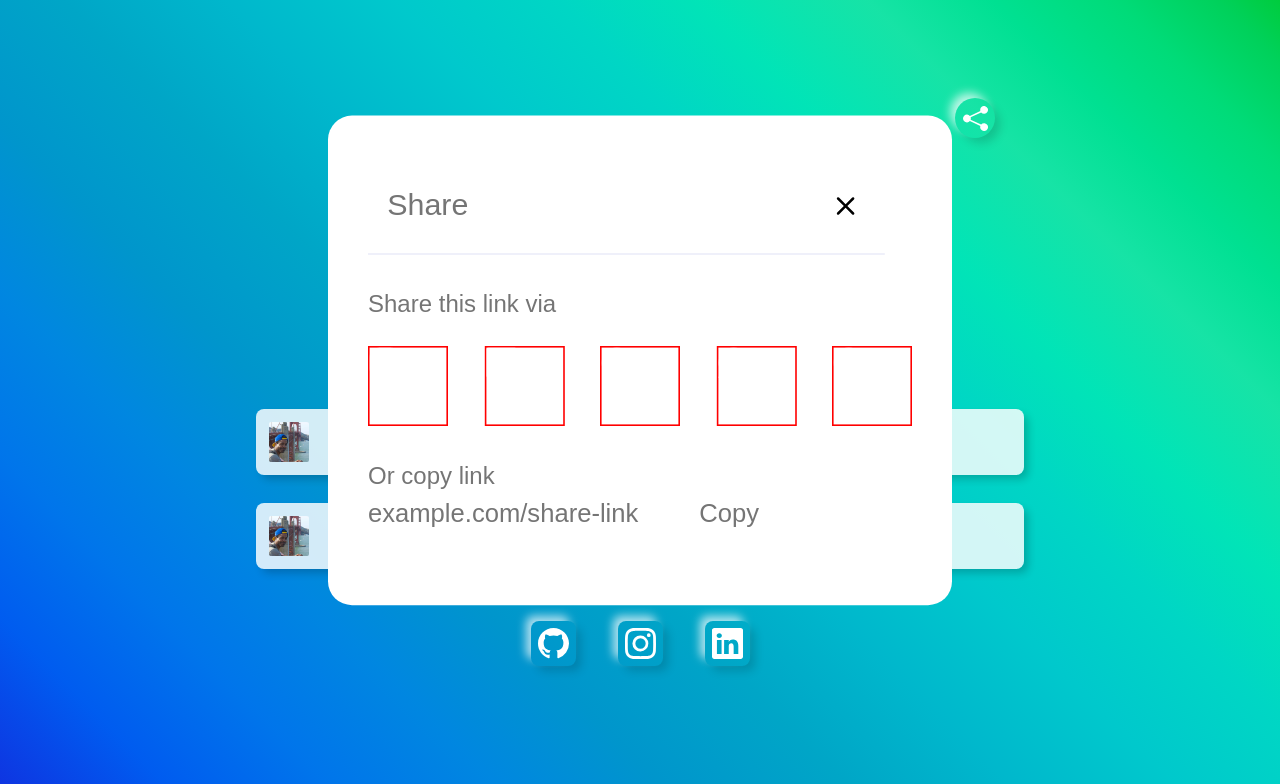
Repository: MateLaDBrouille97/linktree
Page: /
An editor plug-in stored every save of this project. The page is shown before and after the next save, followed by the edit.
The browser window is 1280 px wide. The pictures show the whole page.
The project was rebuilt for these pictures with package versions that can differ from the ones it lists, and the page was loaded fresh each time. The framework's server and built-in components were replaced by stand-ins that run in the browser. Also part of the build but not shown: next.config.js, styles/Home.module.css, styles/scrollup.css.

Above is the page before, as saved 2023-01-23 21:55:55.

### app/layout.tsx
"use client";

import '@/styles/globals.css'
import '../styles/Home.module.css';
import '../styles/scrollup.css';
import '../styles/home.css';
import '../styles/socials.css';
import '../styles/share.css';
import ScrollDow from '../components/ScrollDow';
import ScrollUp from '../components/scrollup/ScrollUp'

export default function RootLayout({
    children,
  }: {
    children: React.ReactNode;
  }) {
    return (
      <html lang="en">
        <body>{children}</body>
        {/* <ScrollDow/> */}
        {/* <ScrollUp/> */}
      </html>
    );
  }

### app/page.tsx
"use client";

import Image from "next/image";
import data from "data.json";
import image from "../public/ManuelTL2.jpg";
import image1 from "../public/ManuelTL2.jpg";
import { useEffect, useState } from "react";
import Socials from "../components/Socials";
import Share from "@/components/Share";

function LinkCard({
  href,
  title,
  image,
}: {
  href: string;
  title: string;
  image?: string;
}) {
  return (
    <a
      href={href}
      className="flex items-center p-3 w-full rounded-lg hover:scale-105 transition-all bg-gray-100 mb-3 -mt-2 max-w-3xl home__linkcard-box"
    >
      <div className="flex text-center w-full home__linkcard-card">
        <div className="w-10 h-10 home__linkcard-img">
          {image1 && (
            <Image
              className="rounded-sm"
              alt={data.name}
              src={image1}
              width={40}
              height={40}
            />
          )}
        </div>
        <h2 className="flex justify-center items-center font-semibold w-full text-gray-700 -ml-10 home__linkcard-title">
          {title}
        </h2>
      </div>
    </a>
  );
}

export default function Home() {
  /*==================== Toggle Menu ====================== */
  const [toggle, showMenu] = useState(false);
  const [activeNav, setActiveNav] = useState("#home");

  /* +++++++++++++++++++++++++++++++++++++++++++++++++ */
  // const { dbUser, image } = useUserContext();

  // const breakpoints = (width) => {
  //   if (width < 640) {
  //     return "xs";
  //   } else if (width >= 640 && width < 768) {
  //     return "sm";
  //   } else if (width >= 768 && width < 1024) {
  //     return "md";
  //   } else if (width >= 1024) {
  //     return "lg";
  //   }
  // };

  // const [breakpoint, setBreakpoint] = useState(() =>
  //   breakpoints(typeof window !== "undefined" && window.innerWidth)
  // );

  useEffect(() => {
    if (toggle) {
      // const calcInnerWidth = function () {
      //   setBreakpoint(breakpoints(window.innerWidth));
      // };
      // window.addEventListener("resize", calcInnerWidth);
      window.addEventListener("scroll", function () {
        const header = this.document.querySelector(".header");
        //scroll higher than 200 viewport height
        //add scroll header class to a tag with the scroll-top
        if (this.scrollY >= 80) header?.classList.add("scroll-header");
        else header?.classList.remove("scroll-header");
      });
    }
  }, []);

  useEffect(() => {
    showMenu(true);
  }, []);

  return (
    <div className="flex items-center flex-col mx-auto w-full justify-center mt-16 px-8 ">
      <Share/>
      <a
        href="#home"
        onClick={() => setActiveNav("#home")}
        // className={
        //   activeNav === "#home" ? "nav__logo active-link" : "nav__logo"
        // }
      >
        <Image
          className="rounded-full"
          alt={data.name}
          src={image}
          width={96}
          height={96}
        />
      </a>

      <h1 className="font-semibold mt-4 mb-8 text-xl" style={{color:"white"}}>{data.name}</h1>
      <h3 className="home__description" style={{color:"white"}}>{data.small_description}</h3>

      <div className="grid place-items-center w-full mt-2">
        {data.links.map((link) => (
          <LinkCard key={link.href} {...link} />
        ))}
      </div>

      <div className="gap-3 items-center flex mt-10">
        {data?.socials?.map((social) => {
         return(

          <Socials title={social?.title} key={social?.href} />
          )
        })}
      </div>
    </div>
  );
}

### styles/globals.css
@tailwind base;
@tailwind components;
@tailwind utilities;

body{
  height:100vh;
  background-image: linear-gradient(
  45deg,
  hsl(229deg 88% 47%) 0%,
  hsl(217deg 100% 47%) 8%,
  hsl(210deg 100% 46%) 16%,
  hsl(204deg 100% 44%) 24%,
  hsl(196deg 100% 40%) 32%,
  hsl(190deg 100% 39%) 41%,
  hsl(186deg 100% 40%) 49%,
  hsl(181deg 100% 40%) 57%,
  hsl(175deg 100% 42%) 65%,
  hsl(168deg 99% 45%) 72%,
  hsl(162deg 82% 49%) 80%,
  hsl(159deg 100% 44%) 86%,
  hsl(153deg 100% 43%) 92%,
  hsl(146deg 100% 41%) 97%,
  hsl(138deg 100% 40%) 100%
);
}

@import  url('https://api.iconify.design/material-symbols/arrow-upward.svg');

/*=============== GOOGLE FONTS ===============*/
@import url("https://fonts.googleapis.com/css2?family=Poppins:wght@400;500;600&display=swap");

/*=================== NEXT.JS ================*/

html,
body {
  padding: 0;
  margin: 0;
  font-family: -apple-system, BlinkMacSystemFont, Segoe UI, Roboto, Oxygen,
    Ubuntu, Cantarell, Fira Sans, Droid Sans, Helvetica Neue, sans-serif;
}

h1 {
  font-size: 1.75rem;
}




/*=============== VARIABLES CSS ===============*/
:root {
  --header-height: 3rem;

  /*========== Colors ==========*/
  /*Color mode HSL(hue, saturation, lightness)*/
  --hue: 0;
  --sat: 0%;
  --title-color: hsl(var(--hue), var(--sat), 20%);
  --title-color-dark: hsl(var(--hue), var(--sat), 0%);
  --text-color: hsl(var(--hue), var(--sat), 46%);
  --body-color: hsl(var(--hue), var(--sat), 98%);
  --container-color: #fff;

  /*========== Font and typography ==========*/
  --body-font: "Poppins", sans-serif;

  /*.5rem = 8px | 1rem = 16px ...*/
  --big-font-size: 3.5rem;
  --h1-font-size: 2.75rem;
  --h2-font-size: 1.5rem;
  --h3-font-size: 1.25rem;
  --normal-font-size: 1rem;
  --small-font-size: 0.875rem;
  --smaller-font-size: 0.813rem;
  --tiny-font-size: 0.625rem;

  /*========== Font weight ==========*/
  --font-normal: 400;
  --font-medium: 500;
  --font-semi-bold: 600;

  /*========== Margenes Bottom ==========*/
  /*.5rem = 8px | 1rem = 16px ...*/
  --mb-0-25: 0.25rem;
  --mb-0-5: 0.5rem;
  --mb-0-75: 0.75rem;
  --mb-1: 1rem;
  --mb-1-5: 1.5rem;
  --mb-2: 2rem;
  --mb-2-5: 2.5rem;
  --mb-3: 3rem;

  /*========== z index ==========*/
  --z-tooltip: 10;
  --z-fixed: 100;
  --z-modal: 1000;
}

/* Responsive typography */
@media screen and (max-width: 992px) {
  :root {
    --big-font-size: 2.75rem;
    --h1-font-size: 1.5rem;
    --h2-font-size: 1.25rem;
    --h3-font-size: 1rem;
    --normal-font-size: 0.938rem;
    --small-font-size: 0.813rem;
    --smaller-font-size: 0.75rem;
  }
}

/*=============== BASE ===============*/
* {
  margin: 0;
  padding: 0;
  box-sizing: border-box;
}

html {
  scroll-behavior: smooth;
}

body,
button,
input,
textarea {
  font-family: var(--body-font);
  font-size: var(--normal-font-size);
}

body {
  background-color: var(--body-color);
  color: var(--text-color);
}

h1,
h2,
h3 {
  color: var(--title-color);
  font-weight: var(--font-semi-bold);
}

ul {
  list-style: none;
}

a {
  text-decoration: none;
}

button {
  cursor: pointer;
  border: none;
  outline: none;
}

img {
  max-width: 100%;
  height: auto;
}

/*=============== REUSABLE CSS CLASSES ===============*/
.section {
  padding: 6rem 0 2rem;
}

.section__title {
  font-size: var(--h1-font-size);
  color: var(--title-color);
}

.section__subtitle {
  display: block;
  font-size: var(--normal-font-size);
  margin-bottom: 4rem;
}

.section__title,
.section__subtitle {
  text-align: center;
}

/*=============== LAYOUT ===============*/
.container {
  max-width: 968px;
  margin-left: auto;
  margin-right: auto;
}

.grid {
  display: grid;
  gap: 1.5rem;
}

/*=============== BUTTONS ===============*/
.button {
  display: inline-block;
  background-color:rgb(100, 189, 140);
  color: var(--container-color);
  padding: 1.25rem 2rem;
  border-radius: 1rem;
  font-weight: var(--font-medium);
}

.button:hover {
  background-color: rgb(81, 209, 138);
  color: var(--container-color);
}

.button__icon {
  margin-left: var(--mb-0-5);
}

.button--flex {
  display: inline-flex;
  align-items: center;

}




/*=============== BREAKPOINTS ===============*/
/* For large devices */
@media screen and (max-width: 992px) {
  .container {
    margin-left: var(--mb-1-5);
    margin-right: var(--mb-1-5);
  }

  .button {
    padding: 1rem 1.75rem;
  }

  .button__icon {
    width: 22px;
    height: 22px;
  }
}

/* For medium devices */
@media screen and (max-width: 768px) {
  body {
    margin: 0 0 var(--header-height) 0;
  }

  .section {
    padding: 2rem 0 4rem;
  }

  .section__subtitle {
    margin-bottom: var(--mb-3);
  }
}

@media screen and (max-width: 576px) {

}

/* For small devices */
@media screen and (max-width: 350px) {
  :root {
    --big-font-size: 2.25rem;
  }

  .container {
    margin-left: var(--mb-1);
    margin-right: var(--mb-1);
  }
}

### styles/home.css
.home__container{
    row-gap: 7rem;
}

.home__content{
    grid-template-columns: 116px repeat(2, 1fr);
    padding-top: 5.5rem;
    column-gap: 2rem;
    align-items: center;
}

.home__social{
    display:grid;
    grid-template-columns: max-content;
    row-gap: 1rem;
}

.home__social-icon{
    font-size:1.25rem;
    color: var(--title-color);
}

.home__social-icon:hover{
    color:rgb(165, 30, 75);
}



.home__social-icon:hover{
    color: var(--title-color-dark);
}

.home__title{
    font-size:var(--h1-font-size);
    margin-bottom:var(--mb-0-25);
}

.home__hand{
    width: 38px;
    height: 38px;
    margin-left: 0.4rem;
}

.home__subtitle{
    position: relative;
    font-size:var(--h3-font-size);
    padding-left: 5.4rem;
    font-weight: var(--font-normal);
    margin-bottom: var(--mb-1);
}

.home__subtitle::before{
    content:'';
    position:absolute;
    width: 70px;
    height:1px;
    background-color:var(--text-color);
    left:0;
    top:1rem;
}

.home__description{
    max-width:400px;
    margin-bottom: var(--mb-3);
    line-height: 1.7;
}

.home__linkcard-box{
    background-color: rgba(255, 255, 255, 0.829);
    border-color: whitesmoke;
    border-width: 3px;
    transition: transform 0.5s;
    box-shadow: 5px 5px 9px -1px rgba(0,0,0,0.2);

    border: 1px solid rgba(0,0,0,0);
    transition: transform 0.5s;
}

.home__linkcard-box:hover{
    box-shadow: 10px 10px 0px -1px rgba(0,0,0,0.15),
                1px 1px 0.5px  rgba(0,0,0,0.15),
                0px -12px 10px -10px  rgba(0,0,0,0.05);
     border: 1px solid   rgba(0,0,0,0.1);
    /* transform:translateY(-2px)  ;    */
}

.home__linkcard-box::after{
    transition: transform 0.5s;
}

.home__linkcard-box:hover::after .home__linkcard-title {
    transition: transform 0.7s;
}

.home__linkcard-box:hover::after .home__linkcard-img {
    transition: transform 0.7s;
}

.home__linkcard-box:hover .home__linkcard-title{
    transform:scale(1.05);
    transition: transform 0.5s;
}

.home__linkcard-box:hover .home__linkcard-img{
    transform:scale(1.15);
    transition: transform 0.5s;
}




.home__img{
/* background: url(../../assets/Mur.jpg); */
background-repeat: no-repeat;
background-position: center;
background-size: cover;
box-shadow: inset 0 0 0 9px rgb(255 255 255/30%);
order: 1;
justify-self: center;
width:375px ;
height: 350px;
animation: profile__animate 8s ease-in-out infinite 1s;
}

@keyframes profile__animate {
    0%{
        border-radius: 60% 40% 30% 70%/60% 30% 70% 40%;
    }

    50%{
        border-radius: 30% 60% 70% 40%/50% 60% 30% 60%;
    }

    100%{
        border-radius: 60% 40% 30% 70%/60% 30% 70% 40%;
    }
}

.home__scroll{
    position:fixed;
    left: 2.5rem;
    bottom: 3rem;
    /* opacity:0.8; */
    padding:0.3rem 0.5rem;
    border-radius:0.4rem;
    z-index: var(--z-tooltip);
    transition: .4s;
}


.wheel {
    animation: scroll 2s ease infinite;
}

@keyframes scroll{
    0% {
        transform: translateY(0);
    }
    30% {
        transform: translateY(3.7rem);
    }

}


.home__scroll-name{
    color: rgba(255, 255, 255, 0.829);
    font-weight: var(--font-medium);
    margin-right: var(--mb-0-25);
    margin-left: 2px;
}

.home__scroll-arrow{
    font-size: 1.25rem;
    color: rgba(255, 255, 255, 0.829);
}


/*=============== BREAKPOINTS ===============*/
/* For large devices */
@media screen and (max-width: 992px) {
    .home__content{
        grid-template-columns: 100px repeat(2, 1fr);
        column-gap: 1.25rem;

    }

    .home__hand{
        width:26px;
        height:26px;
    }

    .home__subtitle{
        padding-left: 3.75rem;
        margin-bottom: var(--mb-1);

    }

    .home__subtitle::before {
        width:42px;
        top:0.8rem;
    }

    .home__description{
        max-width: initial;
        margin-bottom: var(--mb-2-5);
    }

    .home__img{
        width:250px;
        height:250px;
        box-shadow:inset 0 0 0 8px rgb(255 255 255/30%)
    }

    .home__scroll{
        margin-left: 7.5rem;
    }



  }

  /* For medium devices */
  @media screen and (max-width: 768px) {
    .home__content{
        grid-template-columns: 0.5fr 3fr;
        padding-top: 3.5rem;
    }

    .home__img{
        order:initial;/* ordre d'apparition de l'element*/
        justify-self: initial;
        box-shadow: inset 0 0 0 9px rgb(255 255 255/30%);
        width:200px;
        height: 200px;
    }

    .home__data{
        grid-column:1/3;
    }

    .home__scroll{
        display:none;
    }


  }



  /* For small devices */
  @media screen and (max-width: 350px) {


    .home__img{

        width:180px ;
        height: 180px;
    }

    .home__hand{
        width:22px;
        height:22px;
    }


  }

### styles/socials.css
/* .social__link{
    color: var(--container-color);
    font-size: 1.125rem;
    padding: 0.4rem;
    border-radius:1.5rem;
    display: inline-flex;
} */
/*
.social__link:hover{
    background-color:rgba(44, 203, 224, 0.986);
} */

.social__link{
    display:flex;
    /* background-color: var(--container-color); */
    color: var(--container-color);
    height: 45px;
    width: 45px;
    margin: 0 15px;
    border-radius: 8px;
    align-items: center;
    justify-content:center;
    text-decoration: none;
    box-shadow: 6px 6px 10px -1px rgba(0,0,0,0.15),
                -6px -6px 10px -1px rgba(255,255,255,0.7);
    border: 1px solid   rgba(0,0,0,0);
    transition: transform 0.5s;
}

a svg {
    font-size: 38px;
    color: white;
    transition: transform 0.5s;
}


.social__link:hover{
    background-color: rgba(255, 255, 255, 0.829);
    box-shadow: inset 4px 4px 6px -1px rgba(0,0,0,0.2),
                inset -4px -4px 6px -1px rgba(255,255,255,0.7),
                -0.5px -0.5px 0px  rgba(255,255,255,1),
                0.5px 0.5px 0px  rgba(0,0,0,0.15),
                0px -12px 10px -10px  rgba(0,0,0,0.05);
    border: 1px solid   rgba(0,0,0,0.1);
    transform:translateY(2px)  ;
}


a:hover svg{
    transform: scale(1.10);
    fill: black;
    transition: transform 0.5s;
}

a:hover .bi-linkedin{
    fill:rgb(18, 83, 203) ;
    transform:scale(1.10);
    transition: transform 0.5s;
}

a:hover .bi-instagram{
    fill:#e64771;
    transform:scale(1.10);
    transition: transform 0.5s;
}


/*=============== BREAKPOINTS ===============*/
/* For large devices */
@media screen and (max-width: 992px) {


    .social__link:hover{

        box-shadow: inset 4px 4px 6px -1px rgba(0,0,0,0.2),
                    inset -4px -4px 6px -1px rgba(255,255,255,0.7),
                    -0.5px -0.5px 0px  rgba(255,255,255,1),
                    0.5px 0.5px 0px  rgba(0,0,0,0.15),
                    0px -12px 10px -10px  rgba(0,0,0,0.05);
        border: 1px solid   rgba(0,0,0,0.1);
        transform:translateY(2px)  ;
    }




  }

  /* For medium devices */
  @media screen and (max-width: 768px) {




  }



  /* For small devices */
  @media screen and (max-width: 350px) {





  }

### styles/share.css
/*          Share   Items  */

.share-link {
  display: flex;
  /* background-color: var(--container-color); */
  color: var(--container-color);
  height: 45px;
  width: 45px;
  margin: 0 15px;
  border-radius: 22px;
  align-items: center;
  justify-content: center;
  text-decoration: none;
  box-shadow: 6px 6px 10px -1px rgba(0, 0, 0, 0.15),
    -6px -6px 10px -1px rgba(255, 255, 255, 0.7);
  border: 1px solid rgba(0, 0, 0, 0);
  transition: transform 0.5s;
}

.share-link:hover {
  background-color: rgba(255, 255, 255, 0.829);
  box-shadow: inset 4px 4px 6px -1px rgba(0, 0, 0, 0.2),
    inset -4px -4px 6px -1px rgba(255, 255, 255, 0.7),
    -0.5px -0.5px 0px rgba(255, 255, 255, 1),
    0.5px 0.5px 0px rgba(0, 0, 0, 0.15),
    0px -12px 10px -10px rgba(0, 0, 0, 0.05);
  border: 1px solid rgba(0, 0, 0, 0.1);
  transform: translateY(2px);
}

/* .share-link .bi-share-fill{
    fill: white;
} */

.share-link:hover .bi-share-fill {
  fill: black;
  transform: scale(1.1);
  transition: transform 0.5s;
}

header {
  width: 95%;
  max-width: 788px;
  display: flex;
  justify-content: flex-end;
  padding: 12px;
  margin-top: 5px;
}

.share-button {
  width: 40px;
  height: 40px;
  border-radius: 20px;
  color: var(--container-color);
}

ul {
}

.content {
}

.share {
  width: 95%;
  max-width: 788px;
  display: flex;
  justify-content: flex-end;
  padding: 12px;
  margin-top: 5px;
}

.modal-share {
  position: absolute;
  top: 50%;
  left: 50%;
  transform: translate(-50%, -50%) scale(1.6);
  background: var(--container-color);
  padding: 25px;
  border-radius: 15px;
  max-width: 390px;
  width: 80%;
}

.modal-share :is(header, .icons) {
  display: flex;
  align-items: center;
  justify-content: space-between;
}

.modal-share header {
  padding-bottom: 15px;
  border-bottom: 1px solid #ebedf9;
}

header .close .icons a {
  display: flex;
  align-items: center;
  justify-content: center;
  border-radius: 50%;
}

header .close {
  height: 33px;
  width: 33px;
  background: var(--container-color);

  cursor: pointer;
}

.modal-title {
  font-size: 19px;
  font-weight: 500;
}

.modal-share .content {
  margin: 20px 0;
}

.content p {
  font-size: 15px;
}

.content .icons {
  margin: 15px 0 20px 0;
}

.icons a {
  height: 50px;
  width: 50px;
  border: 1px solid red;
}

### components/Socials.tsx
function GitHubIcon() {
  return (
    <a href="https://github.com/LuckyMate97" className="social__link">
      <svg xmlns="http://www.w3.org/2000/svg" width="31" height="31" fill="white" className="bi bi-github" viewBox="0 0 16 16"> <path d="M8 0C3.58 0 0 3.58 0 8c0 3.54 2.29 6.53 5.47 7.59.4.07.55-.17.55-.38 0-.19-.01-.82-.01-1.49-2.01.37-2.53-.49-2.69-.94-.09-.23-.48-.94-.82-1.13-.28-.15-.68-.52-.01-.53.63-.01 1.08.58 1.23.82.72 1.21 1.87.87 2.33.66.07-.52.28-.87.51-1.07-1.78-.2-3.64-.89-3.64-3.95 0-.87.31-1.59.82-2.15-.08-.2-.36-1.02.08-2.12 0 0 .67-.21 2.2.82.64-.18 1.32-.27 2-.27.68 0 1.36.09 2 .27 1.53-1.04 2.2-.82 2.2-.82.44 1.1.16 1.92.08 2.12.51.56.82 1.27.82 2.15 0 3.07-1.87 3.75-3.65 3.95.29.25.54.73.54 1.48 0 1.07-.01 1.93-.01 2.2 0 .21.15.46.55.38A8.012 8.012 0 0 0 16 8c0-4.42-3.58-8-8-8z"/> </svg>
    </a>
  );
}

function InstagramIcon() {
  return (
    <a href="https://www.instagram.com/oto.mata33/" className="social__link">
      <svg xmlns="http://www.w3.org/2000/svg" width="31" height="31" fill="white" className="bi bi-instagram" viewBox="0 0 16 16"> <path d="M8 0C5.829 0 5.556.01 4.703.048 3.85.088 3.269.222 2.76.42a3.917 3.917 0 0 0-1.417.923A3.927 3.927 0 0 0 .42 2.76C.222 3.268.087 3.85.048 4.7.01 5.555 0 5.827 0 8.001c0 2.172.01 2.444.048 3.297.04.852.174 1.433.372 1.942.205.526.478.972.923 1.417.444.445.89.719 1.416.923.51.198 1.09.333 1.942.372C5.555 15.99 5.827 16 8 16s2.444-.01 3.298-.048c.851-.04 1.434-.174 1.943-.372a3.916 3.916 0 0 0 1.416-.923c.445-.445.718-.891.923-1.417.197-.509.332-1.09.372-1.942C15.99 10.445 16 10.173 16 8s-.01-2.445-.048-3.299c-.04-.851-.175-1.433-.372-1.941a3.926 3.926 0 0 0-.923-1.417A3.911 3.911 0 0 0 13.24.42c-.51-.198-1.092-.333-1.943-.372C10.443.01 10.172 0 7.998 0h.003zm-.717 1.442h.718c2.136 0 2.389.007 3.232.046.78.035 1.204.166 1.486.275.373.145.64.319.92.599.28.28.453.546.598.92.11.281.24.705.275 1.485.039.843.047 1.096.047 3.231s-.008 2.389-.047 3.232c-.035.78-.166 1.203-.275 1.485a2.47 2.47 0 0 1-.599.919c-.28.28-.546.453-.92.598-.28.11-.704.24-1.485.276-.843.038-1.096.047-3.232.047s-2.39-.009-3.233-.047c-.78-.036-1.203-.166-1.485-.276a2.478 2.478 0 0 1-.92-.598 2.48 2.48 0 0 1-.6-.92c-.109-.281-.24-.705-.275-1.485-.038-.843-.046-1.096-.046-3.233 0-2.136.008-2.388.046-3.231.036-.78.166-1.204.276-1.486.145-.373.319-.64.599-.92.28-.28.546-.453.92-.598.282-.11.705-.24 1.485-.276.738-.034 1.024-.044 2.515-.045v.002zm4.988 1.328a.96.96 0 1 0 0 1.92.96.96 0 0 0 0-1.92zm-4.27 1.122a4.109 4.109 0 1 0 0 8.217 4.109 4.109 0 0 0 0-8.217zm0 1.441a2.667 2.667 0 1 1 0 5.334 2.667 2.667 0 0 1 0-5.334z"/> </svg>
    </a>
  );
}

function LinkedInIcon() {
  return (
    <a href="https://ca.linkedin.com/" className="social__link">
      <svg xmlns="http://www.w3.org/2000/svg" width="31" height="31" fill="white" className="bi bi-linkedin" viewBox="0 0 16 16"> <path d="M0 1.146C0 .513.526 0 1.175 0h13.65C15.474 0 16 .513 16 1.146v13.708c0 .633-.526 1.146-1.175 1.146H1.175C.526 16 0 15.487 0 14.854V1.146zm4.943 12.248V6.169H2.542v7.225h2.401zm-1.2-8.212c.837 0 1.358-.554 1.358-1.248-.015-.709-.52-1.248-1.342-1.248-.822 0-1.359.54-1.359 1.248 0 .694.521 1.248 1.327 1.248h.016zm4.908 8.212V9.359c0-.216.016-.432.08-.586.173-.431.568-.878 1.232-.878.869 0 1.216.662 1.216 1.634v3.865h2.401V9.25c0-2.22-1.184-3.252-2.764-3.252-1.274 0-1.845.7-2.165 1.193v.025h-.016a5.54 5.54 0 0 1 .016-.025V6.169h-2.4c.03.678 0 7.225 0 7.225h2.4z"/> </svg>
    </a>
  );
}

function Socials({ title }:{title?:string;}) {
  if (title == "Instagram") {
    return <InstagramIcon  />;
  }
  if (title == "Github") {
    return <GitHubIcon  />;
  }
  if (title == "LinkedIn") {
    return <LinkedInIcon  />;
  }
}

export default Socials;

Loaded but not shown: data.json (35 lines, source omitted); tailwind.config.js (13 lines, source omitted); components/Share.tsx (116 lines, source omitted)

After the next save:
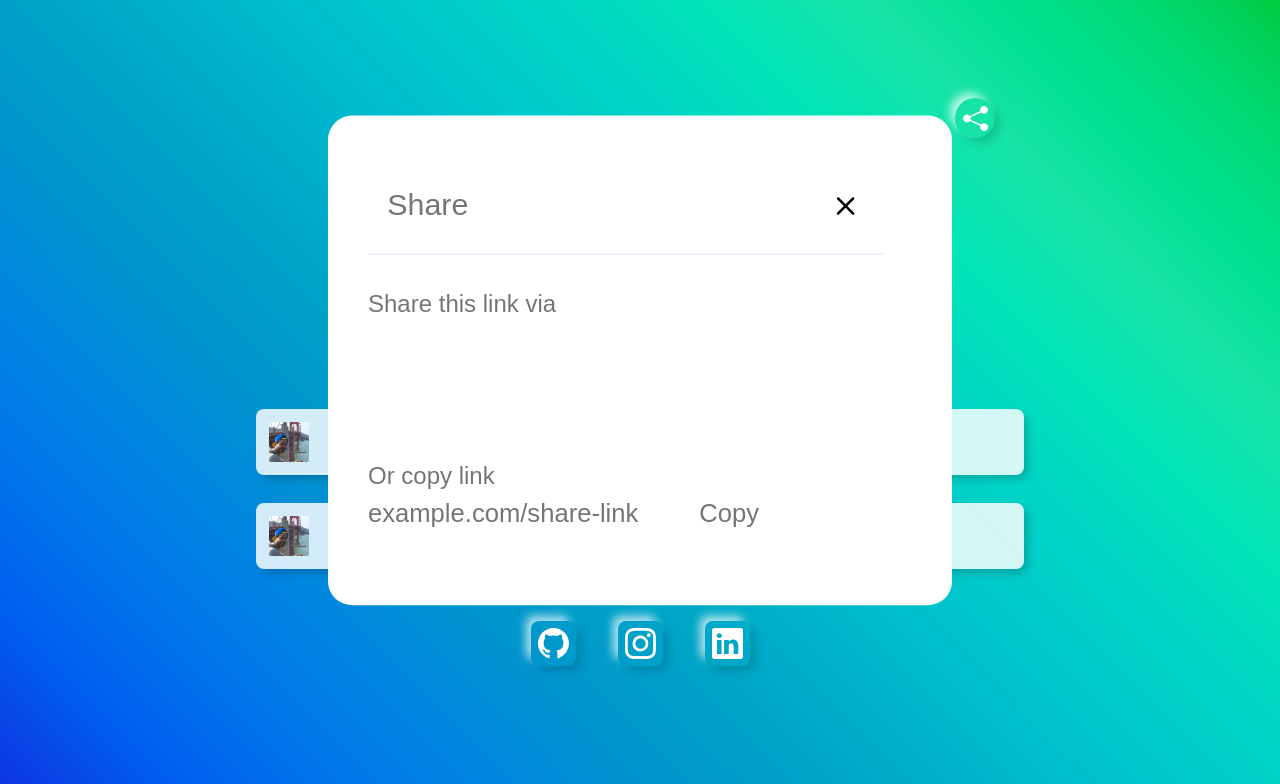
Saved 3 min 51 s later.
--- a/styles/share.css
+++ b/styles/share.css
@@ -103,7 +103,6 @@ header .close {
   height: 33px;
   width: 33px;
   background: var(--container-color);
-
   cursor: pointer;
 }
 
@@ -127,5 +126,6 @@ header .close {
 .icons a {
   height: 50px;
   width: 50px;
-  border: 1px solid red;
+  border: 1px solid transparent;
+  text-decoration: none;
 }
